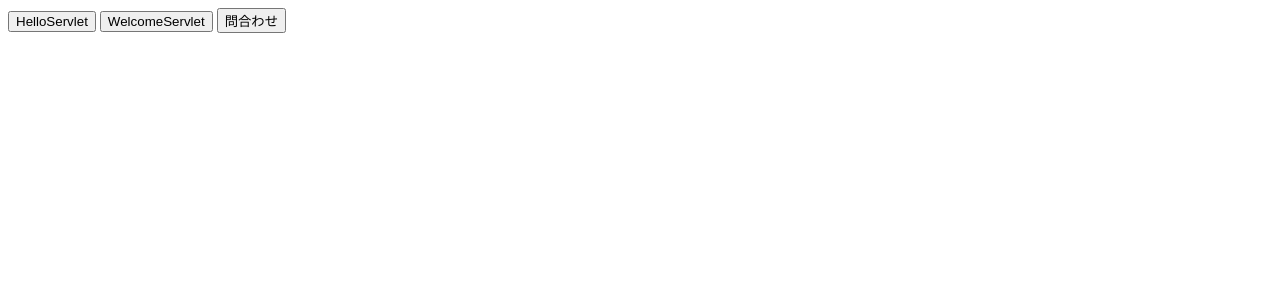
Repository: uki-sa/test
Page: http://localhost/HelloServlet/
An editor plug-in stored every save of this project. The page is shown before and after the next save, followed by the edit.
The browser window is 1280 px wide. The pictures show the whole page.
The page is served by Tomcat 9. Other server files are loaded and not shown.

Above is the page before, as saved 2019-10-21 10:31:24.

### HelloServlet/WebContent/index.jsp
<%@ page language="java" contentType="text/html; charset=UTF-8"
    pageEncoding="UTF-8"%>
<!DOCTYPE html>
<html>
<head>
<meta charset="UTF-8">
<title>HelloServlet</title>
</head>
<body>
<input type="button" value="HelloServlet" onClick="location.href='HelloServlet'">
<input type="button" value="WelcomeServlet" onClick="location.href='welcome.jsp'">
<input type="button" value="問合わせ" onClick="location.href='inquiry.jsp'">

</body>
</html>

After the next save:
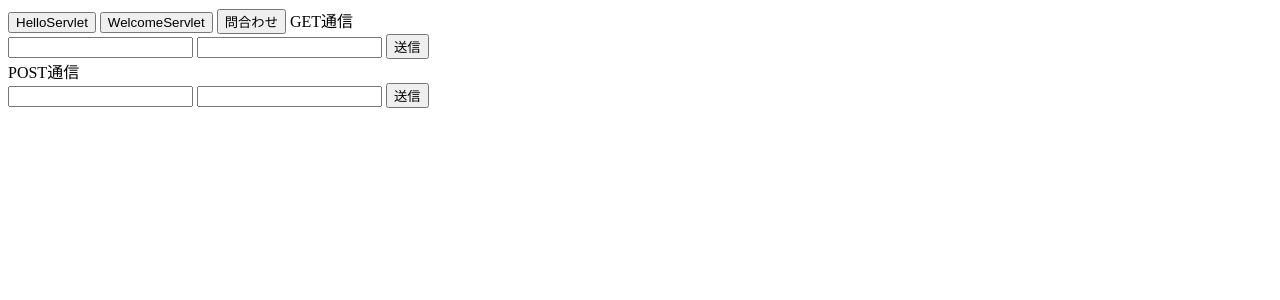
Saved 5 min 40 s later.
--- a/HelloServlet/WebContent/index.jsp
+++ b/HelloServlet/WebContent/index.jsp
@@ -10,6 +10,20 @@
 <input type="button" value="HelloServlet" onClick="location.href='HelloServlet'">
 <input type="button" value="WelcomeServlet" onClick="location.href='welcome.jsp'">
 <input type="button" value="問合わせ" onClick="location.href='inquiry.jsp'">
+GET通信
+<form method="get" action="TestServlet">
+	<input type="text" name="username">
+	<input type="password" name="password">
+	<input type="submit" value="送信">
+</form>
+
+POST通信
+<form method="post" action="TestServlet">
+	<input type="text" name="username">
+	<input type="password" name="password">
+	<input type="submit" value="送信">
+</form>
+
 
 </body>
 </html>
